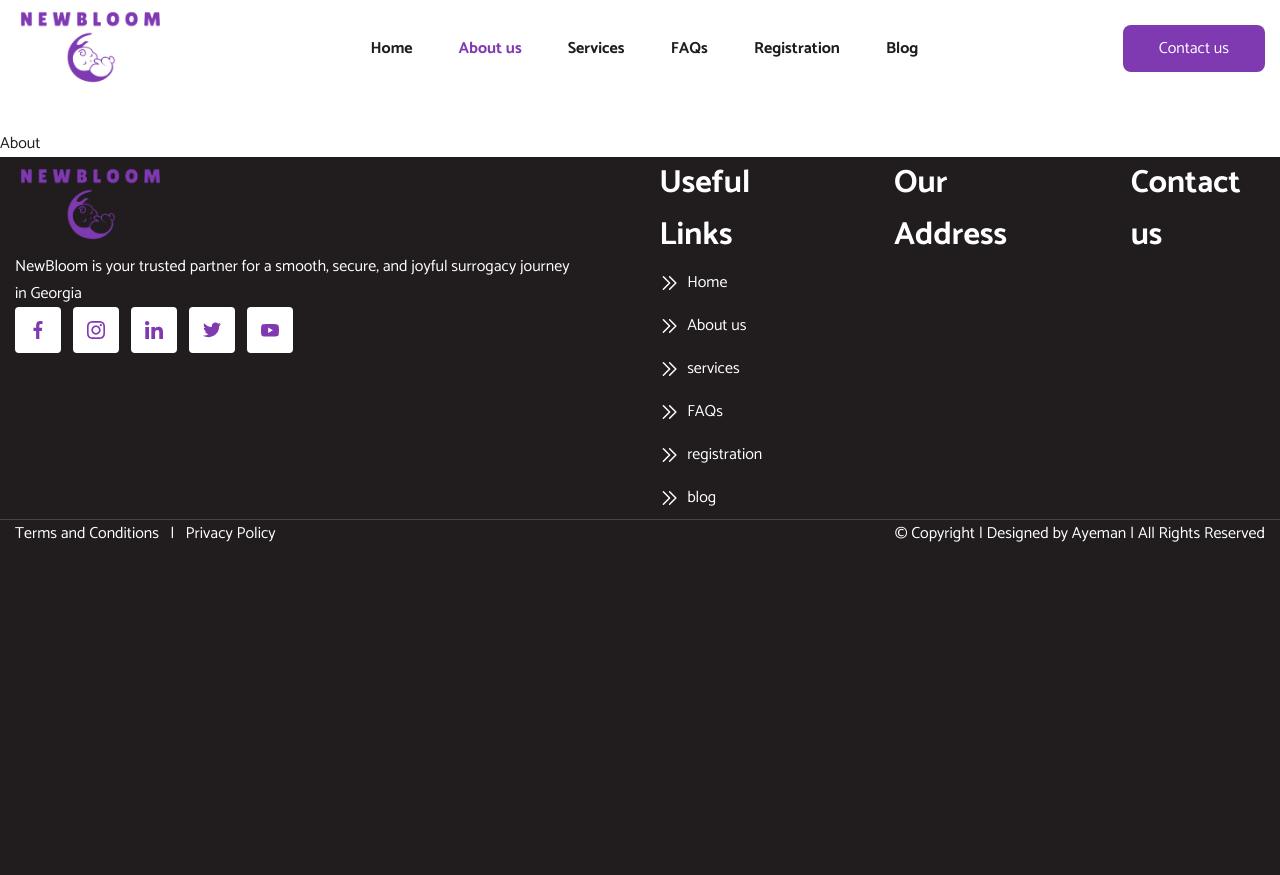
Repository: LenarTulupov/bloom
Page: /about
An editor plug-in stored every save of this project. The page is shown before and after a run of saves, followed by the edit.
The browser window is 1280 px wide. The pictures show the whole page.
The project was rebuilt for these pictures with package versions that can differ from the ones it lists, and the page was loaded fresh each time. The framework's server and built-in components were replaced by stand-ins that run in the browser. Also part of the build but not shown: next.config.ts.

Above is the page before, as saved 2024-12-28 10:49:38.

After the next 3 saves:
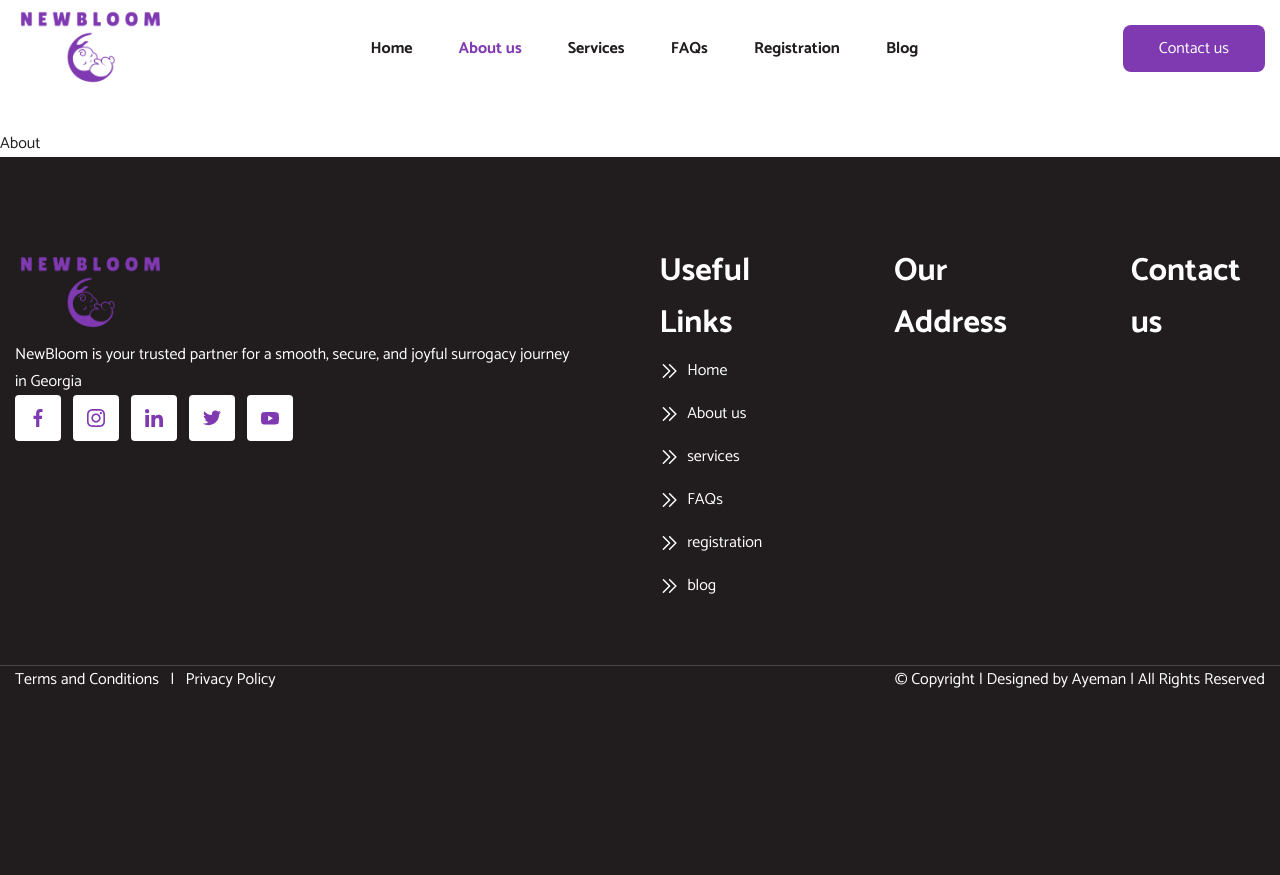
The 3 saves are shown as one change because they came seconds apart.
The last was saved 8 s later.
--- a/src/components/ui/footer/footer.module.scss
+++ b/src/components/ui/footer/footer.module.scss
@@ -4,5 +4,7 @@
   &__content {
     display: flex;
     column-gap: 80px;
+    padding-top: 88px;
+    padding-bottom: 58px;
   }
 }
